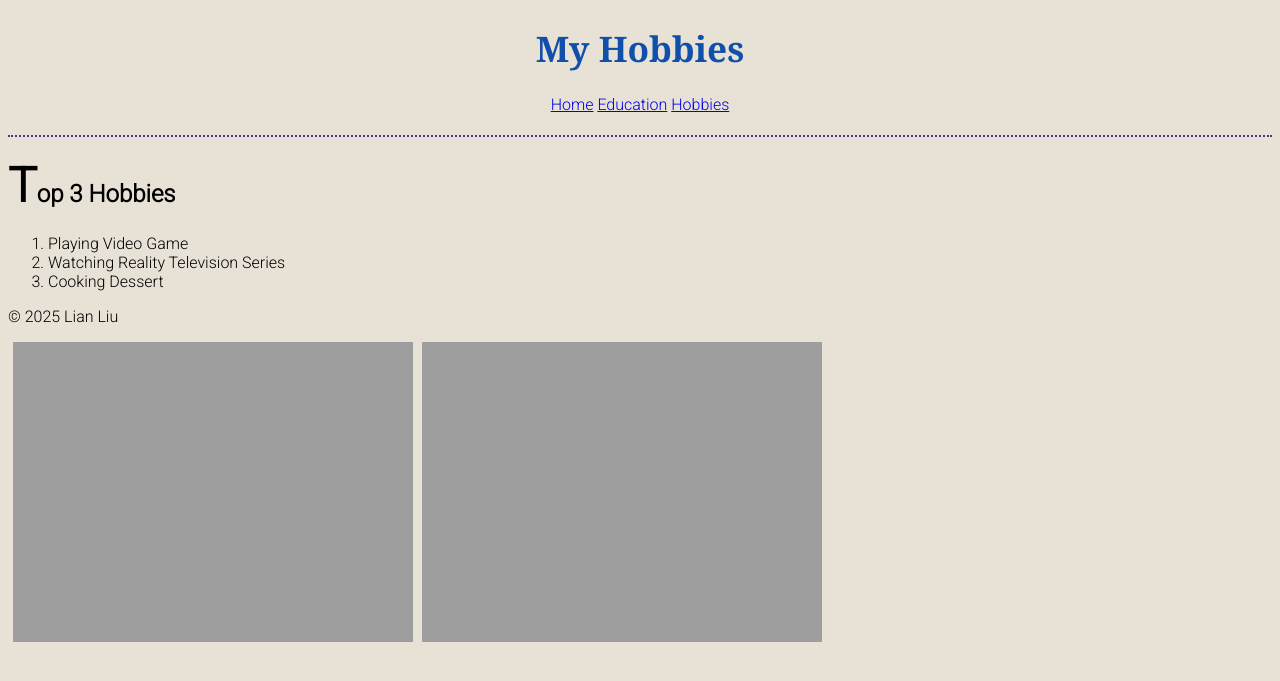
Repository: liulian26/CS5610
Page: assignment-1-liulian26/pages/hobbies.html
An editor plug-in stored every save of this project. The page is shown before and after the next save, followed by the edit.
The browser window is 1280 px wide. The pictures show the whole page.
Pictures or frames that could not be fetched are drawn as grey boxes.

Above is the page before, as saved 2025-02-01 00:24:59.

After the next save:
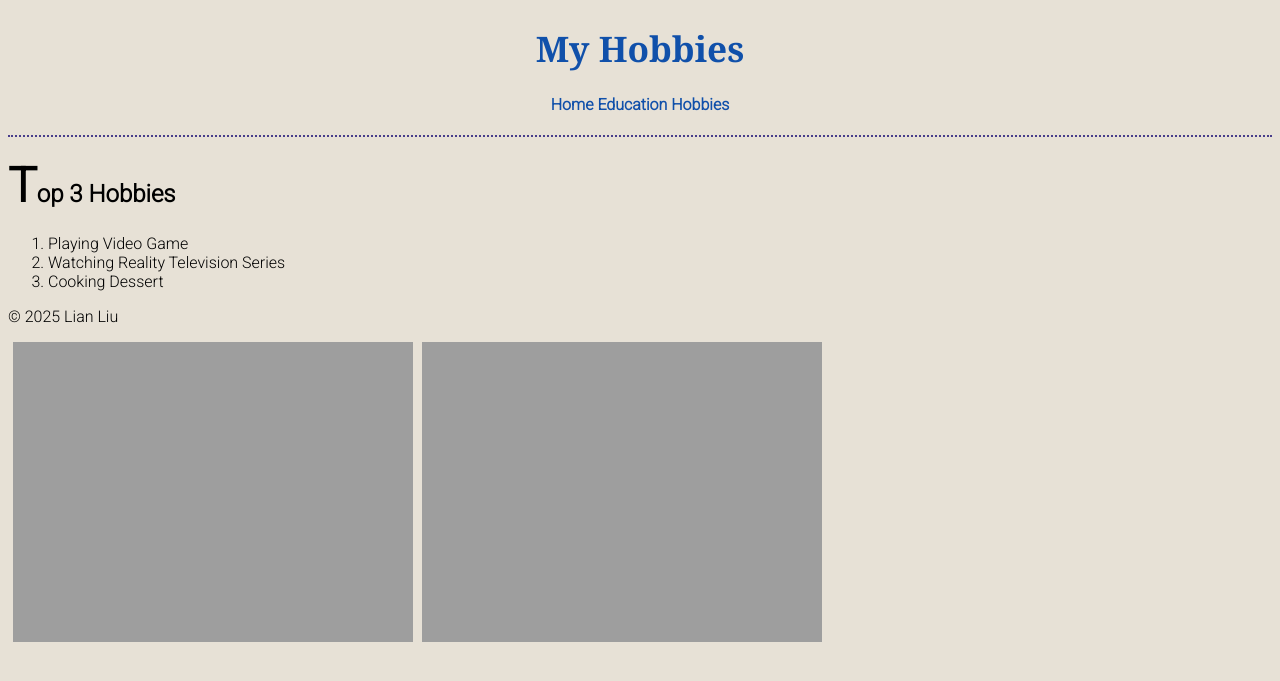
Saved 53 s later.
--- a/assignment-1-liulian26/css/styles.css
+++ b/assignment-1-liulian26/css/styles.css
@@ -26,6 +26,12 @@ nav ul {
 nav ul li {
     display: inline;
     margin-right: 0 20px;
+}
+
+nav ul li a {
+    text-decoration: none;
+    color: #1050aa;
+    font-weight: bold;
 }
 
 body {
